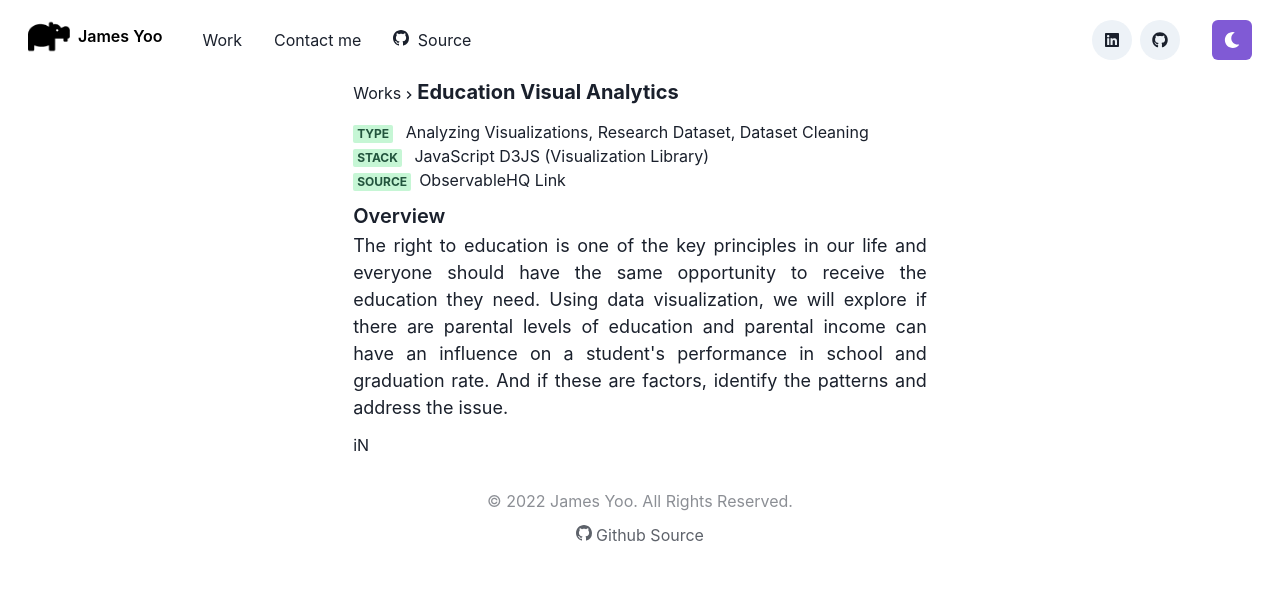
Repository: jammy729/portfolio-2022
Page: /work/educationvisualanalytics
The author's editor kept a copy of each file at every save. The page is drawn from the files as they stood at one save, then again after a run of saves.
The browser window is 1280 px wide. The pictures show the whole page.
The project was rebuilt for these pictures with package versions that can differ from the ones it lists, and the page was loaded fresh each time. Also part of the build but not shown: src/components/home.js, src/components/contact.js, src/components/layouts/layout.js, src/components/work/work.js, src/components/work/Development/WorldInstitutionDatabase/worldinstitutiondatabase.js, src/components/work/Development/GeoMemories/geomemories.js, src/components/work/Design/ExperienceDesign/experiencedesign.js, src/components/work/Development/PersonalPortfolio/personalportfolio.js. Imported but missing from the stored project, and not drawn on this page: src/components/work/Design/FinestCup/finestcup, src/components/work/Development/WorldInstitutionDatabase/universityDatabase.mp4.

Above is the page before, as saved 2022-06-28 15:01:05.

After the next 7 saves:
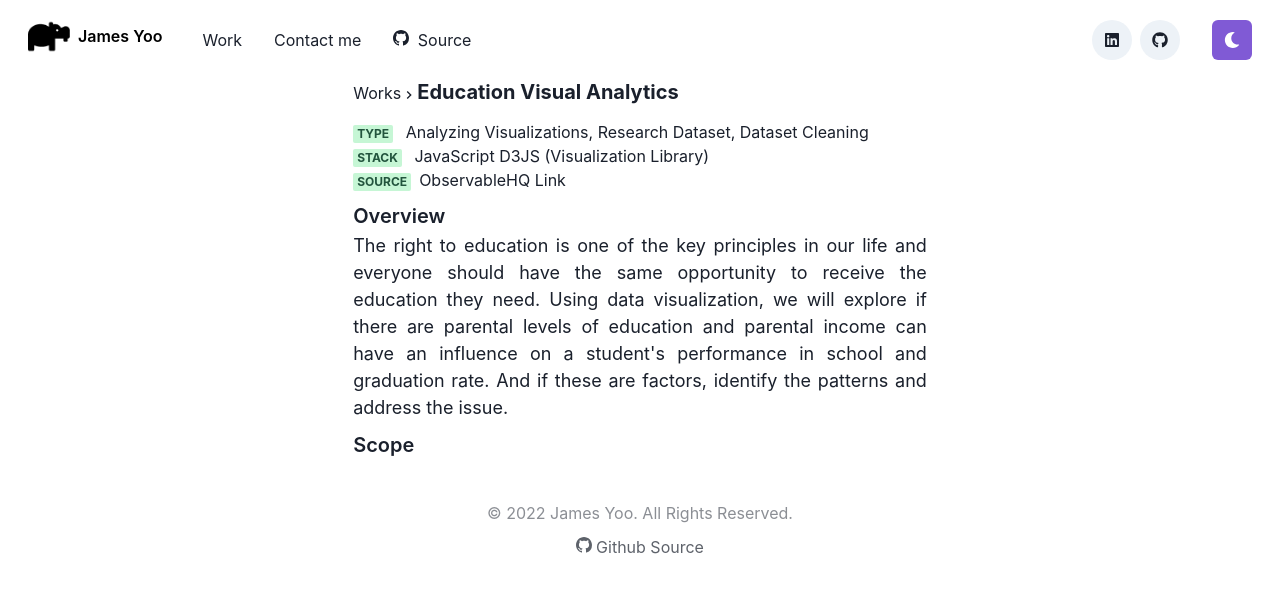
The 7 saves are shown as one change because 3 did not build or start and some came seconds apart.
The last was saved 36 s later.
--- a/src/components/work/Development/EducationVisualAnalytics/educationvisualanalytics.js
+++ b/src/components/work/Development/EducationVisualAnalytics/educationvisualanalytics.js
@@ -38,7 +38,11 @@ const EducationVisualAnalytics = () => {
           on a student's performance in school and graduation rate. And if these
           are factors, identify the patterns and address the issue.
         </DescriptionText>
-        iN
+
+        <Writing size='md' title='Scope' />
+        <DescriptionText>
+
+        </DescriptionText>
       </Container>
     </Box>
   )
